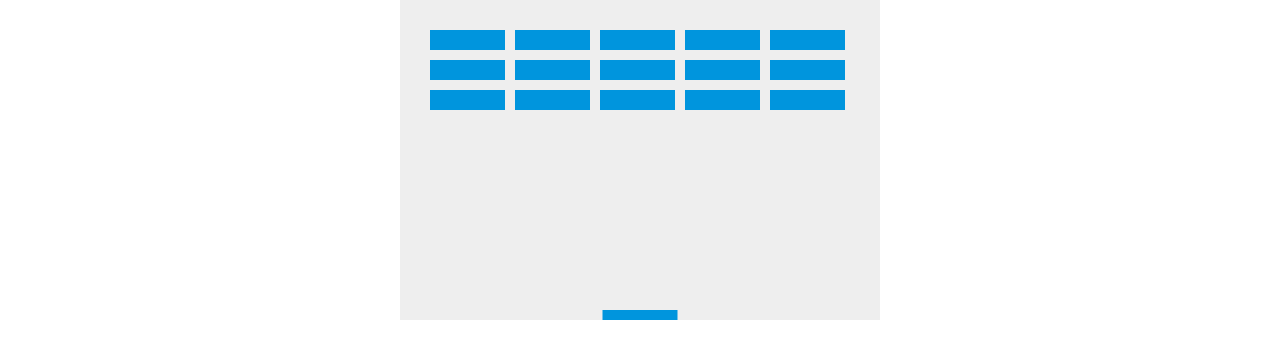
Repository: GoodHoneyCake/2D_breakout_game
Page: index.html
These files come from the project's save history. The page is drawn as it stood at one moment and after the next save; the edit follows.
The browser window is 1280 px wide. The pictures show the whole page.

Above is the page before, as saved 2020-12-28 18:40:11.

### index.html
<!DOCTYPE html>
<html lang="en">
<head>
    <meta charset="UTF-8">
    <meta name="viewport" content="width=device-width, initial-scale=1.0">
    <title>Gamedev Canvas Workshop</title>
    <link rel="stylesheet" href="styles.css">
    <script src="main.js" defer></script>
</head>
<body>
    <canvas id="myCanvas" width="480" height="320"></canvas>
</body>
</html>

### styles.css
* {
  padding: 0;
  margin: 0;
}
canvas {
  background: #eee;
  display: block;
  margin: 0 auto;
}

### main.js
const canvas = document.getElementById("myCanvas");
const ctx = canvas.getContext("2d");

let x = canvas.width / 2;
let y = canvas.height - 30;

let dx = 2;
let dy = -2;

let ballRadius = 10;

let paddleHeight = 10;
let paddleWidth = 75;
let paddleX = (canvas.width - paddleWidth) / 2;

let rightPressed = false;
let leftPressed = false;

let brickRowCount = 3;
let brickColumnCount = 5;
let brickWidth = 75;
let brickHeight = 20;
let brickPadding = 10;
let brickOffsetTop = 30;
let brickOffsetLeft = 30;

let bricks = [];
for (let c = 0; c < brickColumnCount; c++) {
  bricks[c] = [];
  for (let r = 0; r < brickRowCount; r++) {
    bricks[c][r] = { x: 0, y: 0 };
  }
}

function drawBricks() {
  for (let c = 0; c < brickColumnCount; c++) {
    for (let r = 0; r < brickRowCount; r++) {
      let brickX = c * (brickWidth + brickPadding) + brickOffsetLeft;
      let brickY = r * (brickHeight + brickPadding) + brickOffsetTop;
      bricks[c][r].x = brickX;
      bricks[c][r].y = brickY;
      ctx.beginPath();
      ctx.rect(brickX, brickY, brickWidth, brickHeight);
      ctx.fillStyle = "#0095DD";
      ctx.fill();
      ctx.closePath();
    }
  }
}

function randomColorStyle() {
  // H(Hue)S(Saturation)L(Lightness)
  // This will create a random color with same saturation and light intensity (luminance).
  // https://stackoverflow.com/questions/23861481/randomize-rgb-in-html5-canvas-with-a-new-value-for-each-fillrect-using-javascrip
  ctx.fillStyle = "hsl(" + 360 * Math.random() + ", 50%, 50%)";
}

document.addEventListener("keydown", keyDownHandler, false);
document.addEventListener("keyup", keyUpHandler, false);

function keyDownHandler(event) {
  if (event.keyCode == 39) {
    rightPressed = true;
  } else if (event.keyCode == 37) {
    leftPressed = true;
  }
}

function keyUpHandler(event) {
  if (event.keyCode == 39) {
    rightPressed = false;
  } else if (event.keyCode == 37) {
    leftPressed = false;
  }
}

function drawBall() {
  ctx.beginPath();
  ctx.arc(x, y, ballRadius, 0, Math.PI * 2);
  ctx.fillstyle = "#0095DD";
  ctx.fill();
  ctx.closePath();
}

function drawPaddle() {
  ctx.beginPath();
  ctx.rect(paddleX, canvas.height - paddleHeight, paddleWidth, paddleHeight);
  ctx.fillstyle = "#0095DD";
  ctx.fill();
  ctx.closePath();
}

function draw() {
  ctx.clearRect(0, 0, canvas.width, canvas.height);
  drawBricks();
  drawBall();
  drawPaddle();
  x += dx;
  y += dy;

  // bottom edge || top edge
  if (y + dy < ballRadius) {
    dy = -dy;
    randomColorStyle();
  } else if (y + dy > canvas.height - ballRadius) {
    if (x > paddleX && x < paddleX + paddleWidth) {
      dy = -dy;
    } else {
      alert("GAME OVER");
      document.location.reload();
    }
  }
  // right edge || left edge
  if (x + dx > canvas.width - ballRadius || x + dx < ballRadius) {
    dx = -dx;

    randomColorStyle();
  }

  if (rightPressed && paddleX < canvas.width - paddleWidth) {
    paddleX += 7; // pixel
  } else if (leftPressed && paddleX > 0) {
    paddleX -= 7;
  }
}

setInterval(draw, 10);

After the next save:
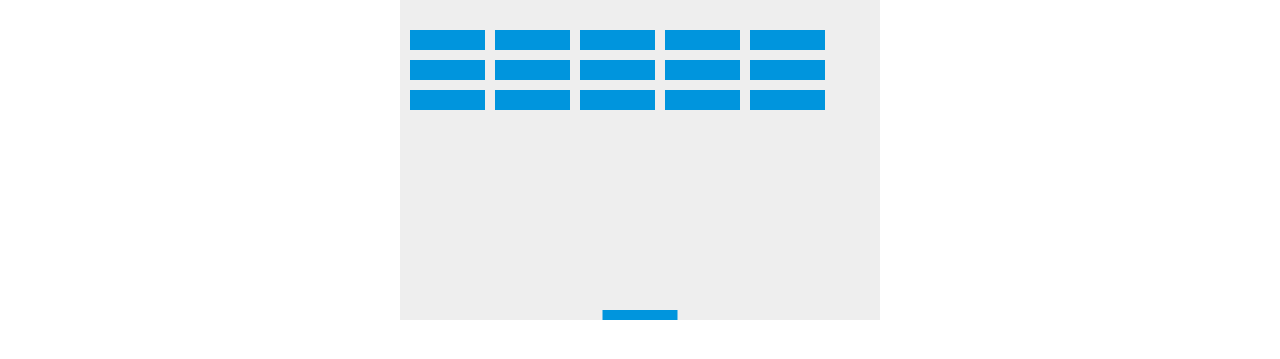
Saved 7 s later.
--- a/main.js
+++ b/main.js
@@ -22,7 +22,7 @@
 let brickHeight = 20;
 let brickPadding = 10;
 let brickOffsetTop = 30;
-let brickOffsetLeft = 30;
+let brickOffsetLeft = 10;
 
 let bricks = [];
 for (let c = 0; c < brickColumnCount; c++) {

After the save that followed:
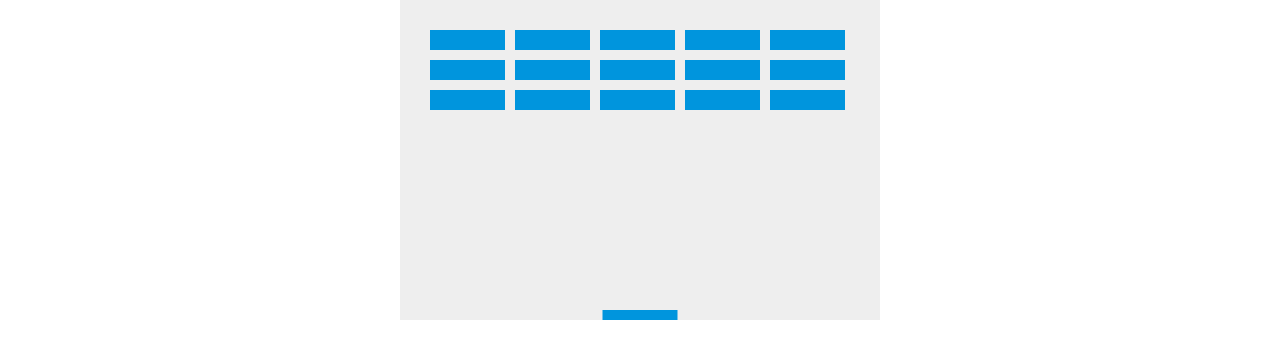
Saved 7 s later.
--- a/main.js
+++ b/main.js
@@ -22,7 +22,7 @@
 let brickHeight = 20;
 let brickPadding = 10;
 let brickOffsetTop = 30;
-let brickOffsetLeft = 10;
+let brickOffsetLeft = 30;
 
 let bricks = [];
 for (let c = 0; c < brickColumnCount; c++) {
